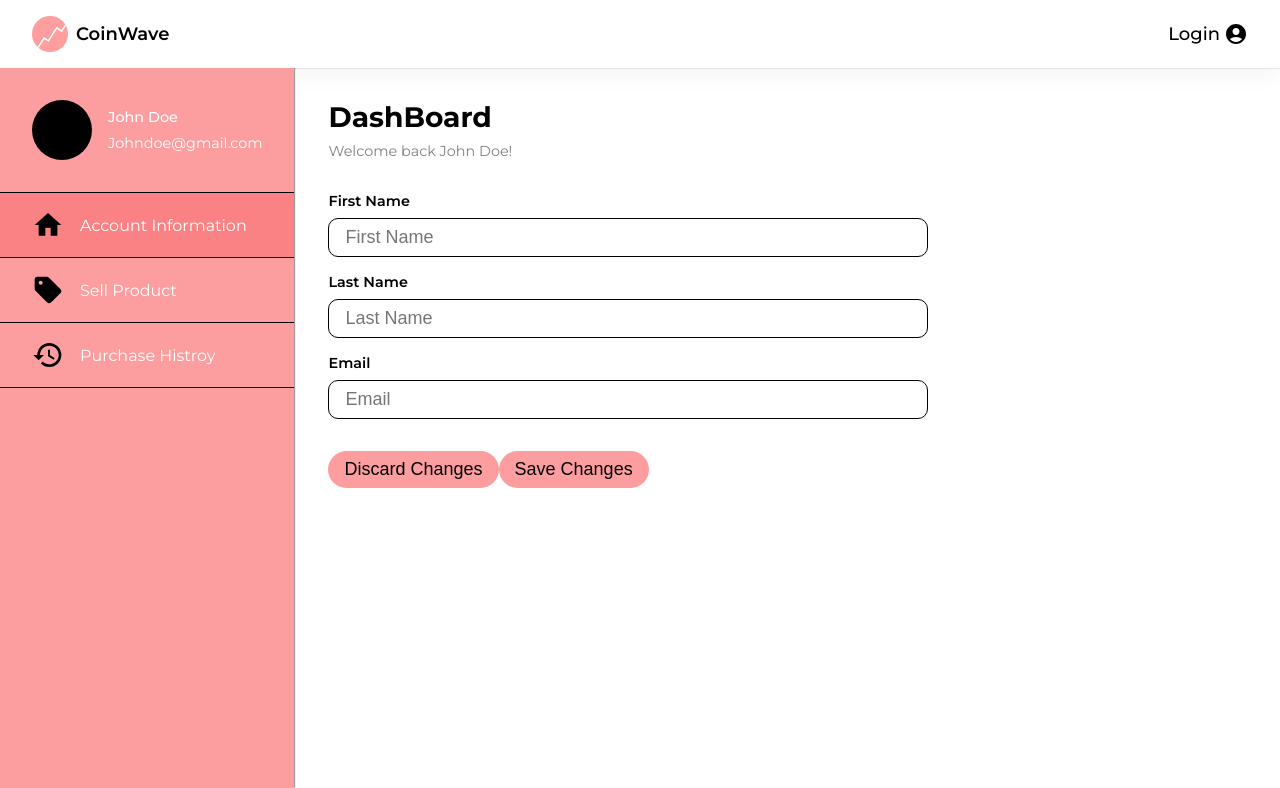
Repository: David-Waite/CoinWave
Page: /account
The author's editor kept a copy of each file at every save. The page is drawn from the files as they stood at one save, then again after the next save.
The browser window is 1280 px wide. The pictures show the whole page.
The project was rebuilt for these pictures with package versions that can differ from the ones it lists, and the page was loaded fresh each time. The framework's server and built-in components were replaced by stand-ins that run in the browser. Also part of the build but not shown: next.config.js, app/components/account/SellProduct/SellProduct.js, app/components/account/PurchaseHistory/PurchaseHistory.js.

Above is the page before, as saved 2023-08-16 11:20:38.

### app/layout.js
import Nav from "./components/Nav/Nav";
import "./globals.css";
import { Montserrat } from "next/font/google";

const montserrat = Montserrat({ subsets: ["latin"] });

export const metadata = {
  title: "Coin Wave",
  description: "Generated by create next app",
};

export default function RootLayout({ children }) {
  return (
    <html lang="en">
      <body className={montserrat.className}>
        <Nav />
        {children}
      </body>
    </html>
  );
}

### app/account/page.js
"use client";
import styles from "./account.module.css";
import { useState } from "react";
import AccountMenu from "../components/account/AccountMenu/AccountMenu";
import AccountInformation from "../components/account/AccountInfomation/AccountInfomation";
import SellProduct from "../components/account/SellProduct/SellProduct";
import PurchaseHistroy from "../components/account/PurchaseHistory/PurchaseHistory";

export default function Account() {
  const [selected, setSelected] = useState({
    accountInformation: true,
    sellProduct: false,
    purchaseHistroy: false,
  });

  function handleMenuSelect(select) {
    setSelected({
      accountInformation: select === "accountInformation",
      sellProduct: select === "sellProduct",
      purchaseHistroy: select === "purchaseHistroy",
    });
  }

  return (
    <div className={styles.main}>
      <AccountMenu selected={selected} onClick={handleMenuSelect} />

      <hr />
      <main>
        {selected.accountInformation && <AccountInformation />}
        {selected.sellProduct && <SellProduct />}
        {selected.purchaseHistroy && <PurchaseHistroy />}
      </main>
    </div>
  );
}

### app/components/Nav/Nav.js
import styles from "./nav.module.css";
import Link from "next/link";
import { MdAccountCircle } from "react-icons/md";
export default function Nav() {
  return (
    <nav className={styles.main}>
      <Link className={styles.homeLink} href="/">
        <svg
          width="36"
          height="36"
          viewBox="0 0 36 36"
          fill="none"
          xmlns="http://www.w3.org/2000/svg"
        >
          <circle cx="18" cy="18" r="18" fill="#FF9E9E" />
          <mask
            id="mask0_7_9"
            style={{ maskType: "alpha" }}
            maskUnits="userSpaceOnUse"
            x="0"
            y="0"
            width="36"
            height="36"
          >
            <path
              d="M36 18C36 27.9411 27.9411 36 18 36C8.05887 36 0 27.9411 0 18C0 8.05887 8.05887 0 18 0C27.9411 0 36 8.05887 36 18Z"
              fill="#FF9E9E"
            />
          </mask>
          <g mask="url(#mask0_7_9)">
            <path
              d="M2.13416 37.6684L12.0865 22.0755L16.3706 24.9865L24.7305 11.8885L29.6267 15.2153L36.3942 4.61218"
              stroke="white"
              stroke-width="1.5"
            />
          </g>
        </svg>
        CoinWave
      </Link>
      <Link className={styles.loginLink} href="/login">
        Login <MdAccountCircle size={24} />
      </Link>
    </nav>
  );
}

### app/globals.css
:root {
  --primary: #fc9d9f;
}

* {
  margin: 0;
  padding: 0;
}

### app/components/account/AccountMenu/AccountMenu.js
import styles from "./accountMenu.module.css";
import { MdHistory, MdHome, MdSell } from "react-icons/md";
export default function AccountMenu(props) {
  function handleClick(select) {
    props.onClick(select);
  }

  const selectedP = {
    backgroundColor: "#fa8284",
  };

  return (
    <div className={styles.container}>
      <div className={styles.infoOverView}>
        <div className={styles.photo}></div>
        <div className={styles.overViewTextContainer}>
          <p className={styles.fullNameOverView}>John Doe</p>
          <p className={styles.emailOverView}>Johndoe@gmail.com</p>
        </div>
      </div>

      <div
        onClick={() => handleClick("accountInformation")}
        className={styles.linkContainer}
        style={Object.assign(props.selected.accountInformation && selectedP)}
      >
        <MdHome className={styles.menuIcons} />
        <p>Account Information</p>
      </div>

      <div
        onClick={() => handleClick("sellProduct")}
        className={styles.linkContainer}
        style={Object.assign(props.selected.sellProduct && selectedP)}
      >
        <MdSell className={styles.menuIcons} />
        <p>Sell Product</p>
      </div>

      <div
        onClick={() => handleClick("purchaseHistroy")}
        className={`${styles.linkContainer} ${styles.linkContainerBottom}`}
        style={Object.assign(props.selected.purchaseHistroy && selectedP)}
      >
        <MdHistory className={styles.menuIcons} />
        <p>Purchase Histroy</p>
      </div>
    </div>
  );
}

### app/components/account/AccountInfomation/AccountInfomation.js
"use client";
import styles from "./accountInformation.module.css";
import { useState } from "react";
import { useRouter } from "next/navigation";
import { MdSecurityUpdate } from "react-icons/md";

export default function AccountInformation() {
  const [formData, setFormData] = useState({
    firstName: "",
    lastNameName: "",
    email: "",
  });

  const router = useRouter();

  function handleChange(event) {
    const { type, name, value, checked } = event.target;
    setFormData((prevFormData) => {
      return {
        ...prevFormData,
        [name]: type === "checkbox" ? checked : value,
      };
    });
  }

  function handleSubmit(event) {
    event.preventDefault();

    router.push("/account");
  }

  return (
    <main className={styles.main}>
      <form onSubmit={handleSubmit}>
        <h1 className={styles.title}>DashBoard</h1>
        <p className={styles.welcomeText}>Welcome back {"John Doe"}!</p>

        <div className={styles.form}>
          <div className={styles.inputContainer}>
            <label className={styles.firstNameLable} htmlFor="firstName">
              First Name
            </label>
            <input
              className={styles.firstName}
              type="text"
              placeholder="First Name"
              onChange={handleChange}
              name="firstName"
              value={formData.firstName}
            />
          </div>
          <div className={styles.inputContainer}>
            <label className={styles.lastNameLable} htmlFor="lastName">
              Last Name
            </label>
            <input
              className={styles.firstName}
              type="text"
              placeholder="Last Name"
              onChange={handleChange}
              name="lastName"
              value={formData.lastName}
            />
          </div>
          <div className={styles.inputContainer}>
            <label className={styles.emailLable} htmlFor="email">
              Email
            </label>
            <input
              className={styles.email}
              type="email"
              placeholder="Email"
              onChange={handleChange}
              name="email"
              value={formData.email}
            />
          </div>
        </div>

        <button className={styles.discardChanges}>Discard Changes</button>
        <button className={styles.saveChanges}>Save Changes</button>
      </form>
    </main>
  );
}

### app/components/Nav/nav.module.css
.main {
  display: flex;
  align-items: center;
  justify-content: space-between;
  padding: 16px 60px;
  box-shadow: rgba(0, 0, 0, 0.05) 0px 6px 24px 0px,
    rgba(0, 0, 0, 0.08) 0px 0px 0px 1px;
}

.homeLink {
  display: flex;
  align-items: center;
  gap: 8px;
  text-decoration: none;
  font-size: 18px;
  color: black;
  font-weight: 600;
}

.loginLink {
  display: flex;
  align-items: center;
  gap: 4px;
  font-size: 18px;
  text-decoration: none;
  color: black;
  font-weight: 500;
}

@media (max-width: 1600px) {
  .main {
    padding: 16px 32px;
  }
}
@media (max-width: 778px) {
  .main {
    padding: 16px;
  }
  .loginLink,
  .homeLink {
    font-size: 16px;
  }
}

### app/components/account/AccountMenu/accountMenu.module.css
.container {
  background-color: var(--primary);

  height: 100vh;
}

.infoOverView {
  display: flex;
  align-items: center;
  gap: 16px;

  padding: 32px;
}

.fullNameOverView {
  color: white;
  font-size: 14.4px;
  font-weight: 500;
}

.emailOverView {
  color: white;
  font-size: 14.4px;
}

.overViewTextContainer {
  display: flex;
  flex-direction: column;
  gap: 8px;
}

.linkContainer {
  padding: 16px 0;
  display: flex;
  align-items: center;
  gap: 16px;
  padding-left: 32px;
  border-top: 1px solid black;
  cursor: pointer;
}
.linkContainer:hover {
  background-color: #fa8284;
}

.menuIcons {
  font-size: 32px;
}

.linkContainerBottom {
  border-bottom: 1px solid black;
}

.linkContainer p {
  color: white;
}

.photo {
  width: 60px;
  height: 60px;
  background-color: black;
  border-radius: 50%;
}

### app/components/account/AccountInfomation/accountInformation.module.css
.main {
  padding: 32px;
  width: 600px;
}

.title {
  font-size: 28.13px;
}

.welcomeText {
  font-size: 14.4px;
  color: grey;
  margin-top: 8px;
}

.firstNameLable,
.lastNameLable,
.emailLable {
  font-size: 14.4px;
  font-weight: 600;
}

.firstName,
.lastName,
.email {
  border: 1px solid black;
  padding: 8px 16px;
  font-size: 18px;
  border-radius: 10px;
}

.form {
  padding: 32px 0;
  display: flex;
  flex-direction: column;
  gap: 16px;
}

.inputContainer {
  display: flex;
  flex-direction: column;
  gap: 8px;
}

.discardChanges,
.saveChanges {
  background-color: var(--primary);
  border: none;
  padding: 8px 16px;
  border-radius: 50px;
  font-size: 18px;
}

Loaded but not shown: app/account/account.module.css (common file)

After the next save:
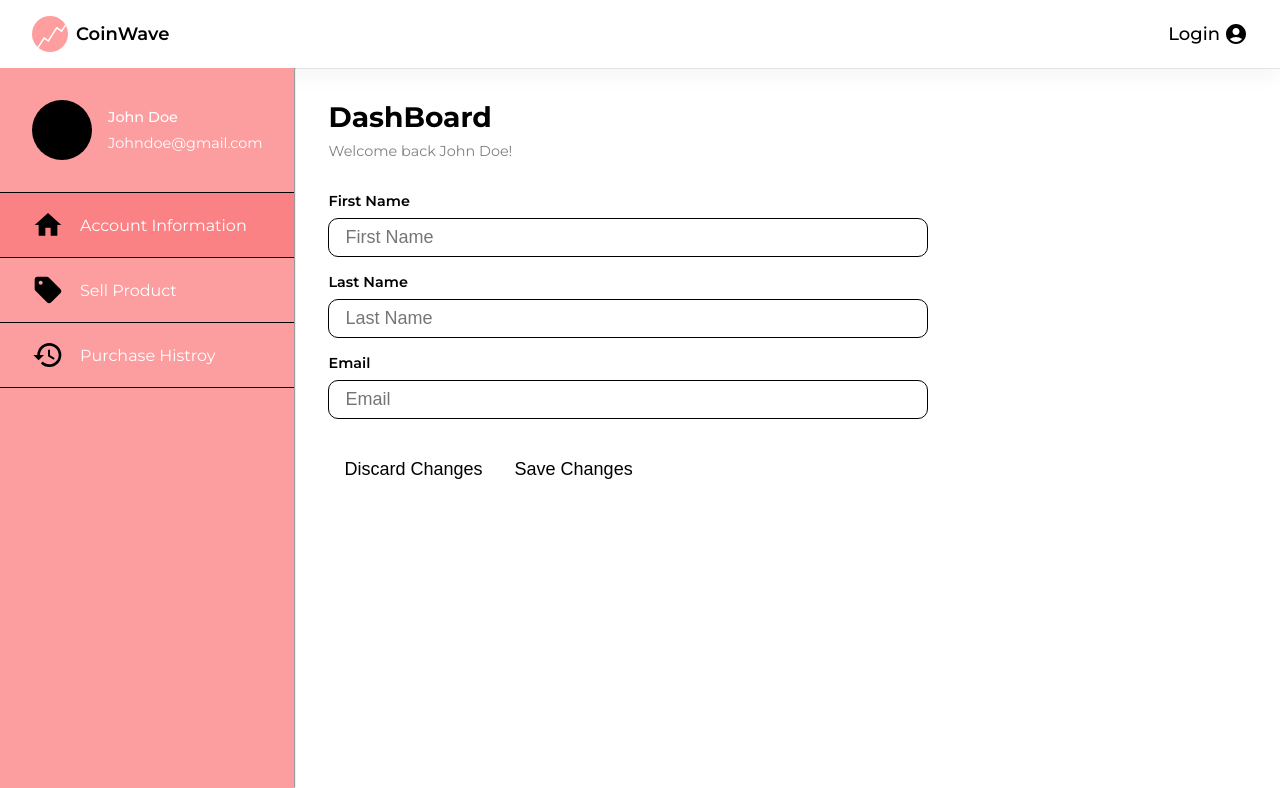
Saved 4 s later.
--- a/app/components/account/AccountInfomation/accountInformation.module.css
+++ b/app/components/account/AccountInfomation/accountInformation.module.css
@@ -45,6 +45,7 @@
 .discardChanges,
 .saveChanges {
   background-color: var(--primary);
+  background-color: white;
   border: none;
   padding: 8px 16px;
   border-radius: 50px;
